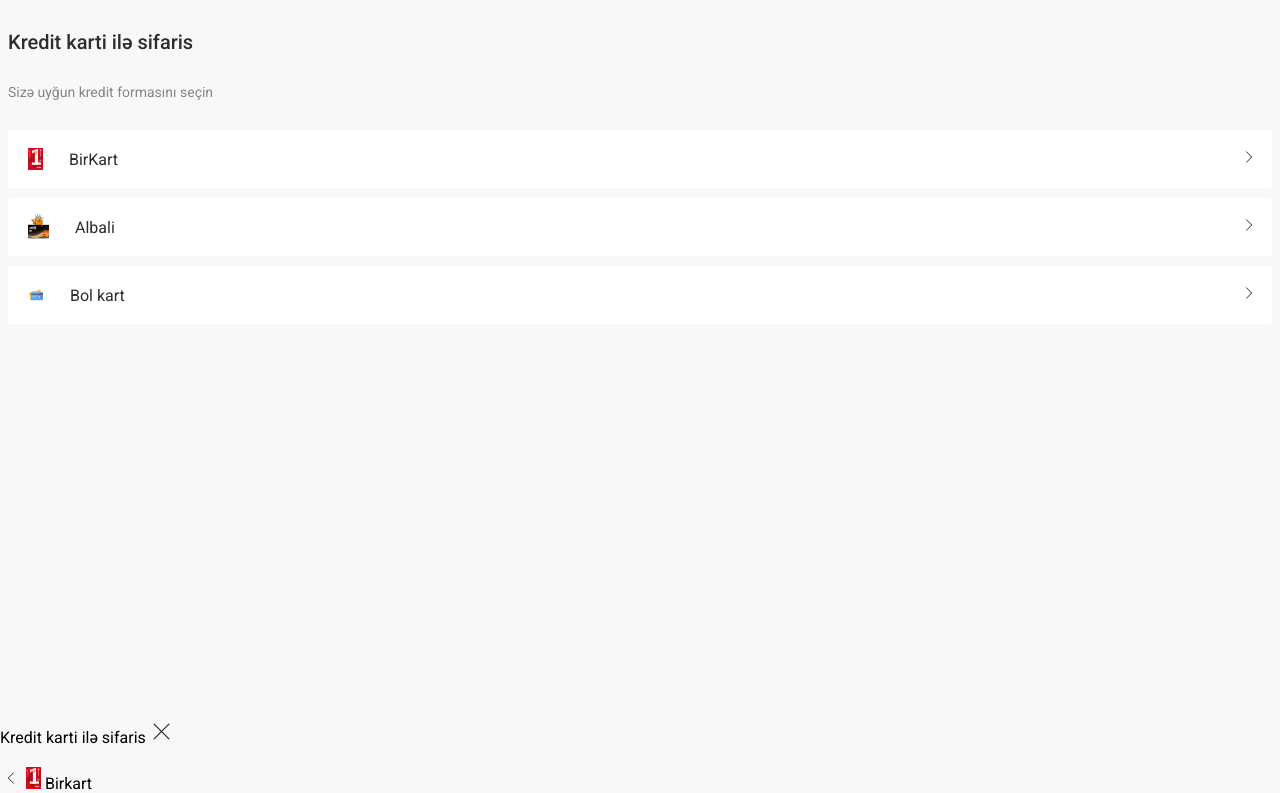
Repository: lmira7777/Carts
Page: Caravan/index.html
These files come from the project's save history. The page is drawn as it stood at one moment and after the next save; the edit follows.
The browser window is 1280 px wide. The pictures show the whole page.

Above is the page before, as saved 2024-04-25 21:31:35.

### Caravan/index.html
<!DOCTYPE html>
<html lang="en">
  <head>
    <meta charset="UTF-8" />
    <meta name="viewport" content="width=device-width, initial-scale=1.0" />
    <title>Document</title>
    <link rel="stylesheet" href="./style.css" />
  </head>
  <body>
    <div class="carts-body">
      <div class="title">Kredit karti ilə sifaris</div>
      <div class="description">Sizə uyğun kredit formasını seçin</div>
      <div class="carts"></div>
    </div>


<div class="cart-detail">
    <div class="header">
        <span>Kredit karti ilə sifaris</span>
        <img src="./img/close.svg" >
    </div>

    <div class="cart-info">
        <img src="./img/back.svg" >
        <img src="./img/birkart.png" >
        <span>Birkart</span>

    </div>




</div>


    <script src="./app.js"></script>
  </body>
</html>

### Caravan/style.css
@import url("https://fonts.googleapis.com/css2?family=Roboto:ital,wght@0,100;0,300;0,400;0,500;0,700;0,900;1,100;1,300;1,400;1,500;1,700;1,900&display=swap");
* {
  margin: 0;
  padding: 0;
  box-sizing: border-box;
  font-family: "Roboto", sans-serif;
}

body {
  background: #f8f8f8;
}
.carts-body {
  width: 100%;
  height: 100vh;
  display: flex;
  flex-direction: column;
  gap: 30px;
  padding: 30px 8px;
}
.title {
  color: #2d2d2d;
  font-size: 20px;
  font-weight: 500;
}
.description {
  color: #868686;
  font-size: 14px;
}
.carts {
  width: 100%;
  display: flex;
  flex-direction: column;
  gap: 10px;
  height: 600px;
  overflow-y: scroll;
}
.cart-item {
  width: 100%;

  flex-shrink: 0;

  height: 58px !important;
  display: flex;
  align-items: center;
  justify-content: space-between;
  background-color: #fff;
  border-radius: 4px;
  padding: 0 12px 0 20px;
}

.cart-item-left {
  display: flex;
  align-items: center;
  gap: 26px;
}

.cart-item-left > span {
  color: #2d2d2d;
  font-size: 16px;
}
.cart-detail{
    width: 100%;
    display: flex;
    flex-direction: column;
    gap: 20px;
}

### Caravan/img/close.svg
<svg xmlns="http://www.w3.org/2000/svg" width="23" height="23" viewBox="0 0 23 23" fill="none">
<path d="M18.8931 4.10547L4.10742 18.8912" stroke="#2D2D2D" stroke-width="1.3" stroke-linecap="round" stroke-linejoin="round"/>
<path d="M4.10686 4.10547L18.8926 18.8912" stroke="#2D2D2D" stroke-width="1.3" stroke-linecap="round" stroke-linejoin="round"/>
</svg>

### Caravan/img/back.svg
<svg xmlns="http://www.w3.org/2000/svg" width="22" height="22" viewBox="0 0 22 22" fill="none">
<path d="M13.75 16.5L8.25 11L13.75 5.5" stroke="#2D2D2D"/>
</svg>

### Caravan/app.js
var carts = document.querySelector(".carts");

var cart = [
  {
    cartImg: "./img/birkart.png",
    cartName: "BirKart",
  },
  {
    cartImg: "./img/albali.png",
    cartName: "Albali",
  },
  {
    cartImg: "",
    cartName: "Bol kart",
  },
];

let noImgUrl = "./img/noImg.png";

cart.forEach((cartElement) => {
  carts.innerHTML += `
    <div class="cart-item">
      <div class="cart-item-left">
        <img src="${cartElement.cartImg ? cartElement.cartImg : noImgUrl}" />
        <span>${cartElement.cartName}</span>
      </div>
      <div class="cart-item-right">
        <img src="./img/arrow.svg"/>
      </div>
    </div>
    `;




});

### Caravan/img/arrow.svg
<svg xmlns="http://www.w3.org/2000/svg" width="22" height="22" viewBox="0 0 22 22" fill="none">
<path d="M8.25 5.5L13.75 11L8.25 16.5" stroke="#2D2D2D"/>
</svg>

After the next save:
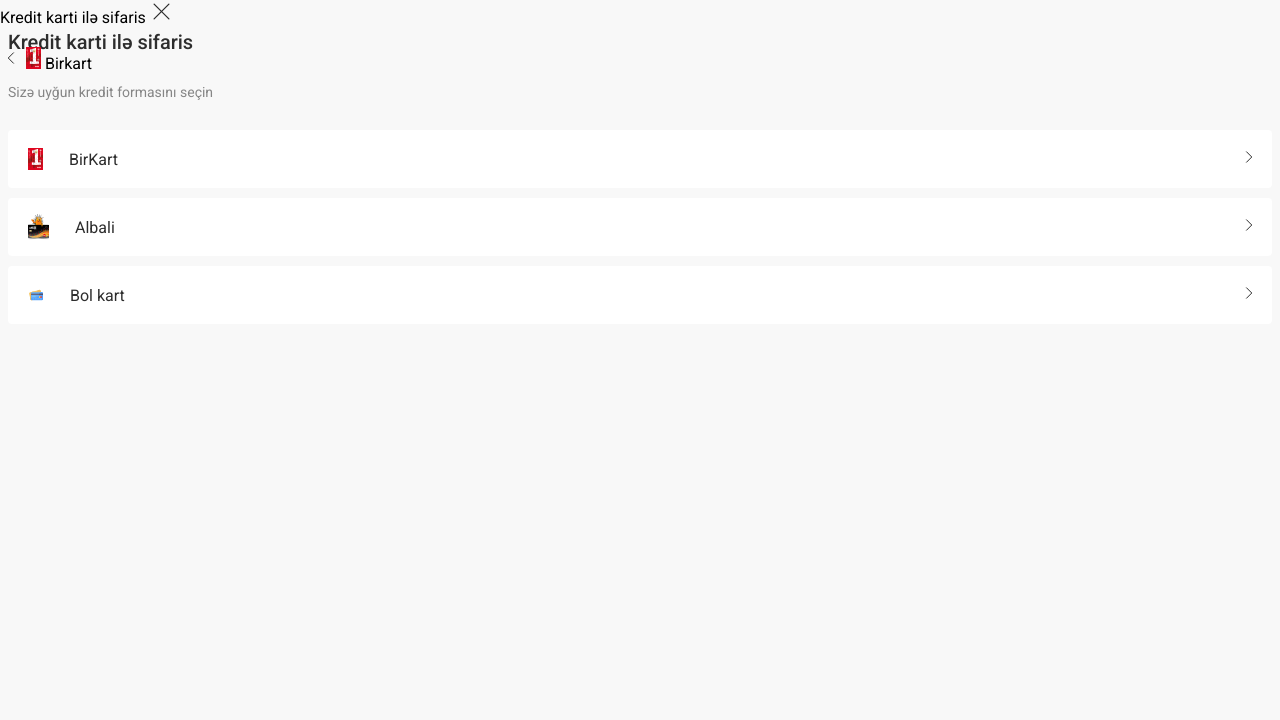
Saved 42 s later.
--- a/Caravan/style.css
+++ b/Caravan/style.css
@@ -63,4 +63,8 @@
     display: flex;
     flex-direction: column;
     gap: 20px;
+    position: absolute;
+    top: 0;
+    left: 0;
+    height: 100vh;
 }
